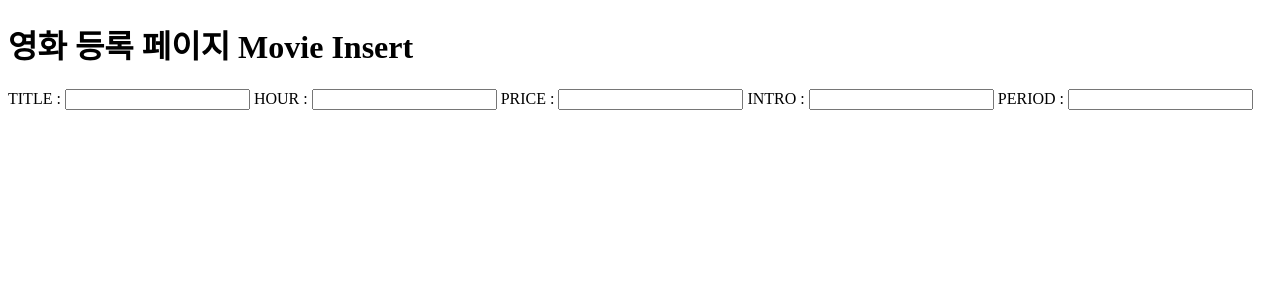
Repository: smallomg/bg-spring
Page: http://localhost/test3/WEB-INF/views/movieinsertForm.jsp
These files come from the project's save history. The page is drawn as it stood at one moment and after the next save; the edit follows.
The browser window is 1280 px wide. The pictures show the whole page.
The page is served by Tomcat 10. Nobody is signed in. Other server files are loaded and not shown. The template is opened directly, without the code that normally fills it, so the values that code supplies are empty.

Above is the page before, as saved 2025-05-13 05:41:35.

### ldy_spring/test3/src/main/webapp/WEB-INF/views/movieinsertForm.jsp
<%@ page language="java" contentType="text/html; charset=UTF-8"
    pageEncoding="UTF-8"%>
<!DOCTYPE html>
<html>
<head>
<meta charset="UTF-8">
<title>Insert title here</title>
</head>
<body>
	<h1>영화 등록 페이지 Movie Insert</h1>

	<form action="/movieInsert">
	TITLE : <input type="text" name= "title">
	HOUR : <input type="text" name= "hour">
	PRICE : <input type="text" name= "price">
	INTRO : <input type="text" name= "intro">
	PERIOD : <input type="text" name= "period">
	</form>
</body>
</html>

After the next save:
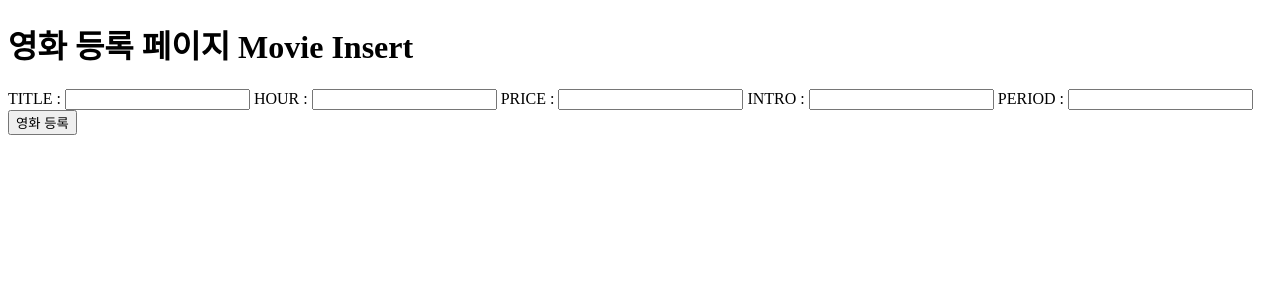
Saved 30 s later.
--- a/ldy_spring/test3/src/main/webapp/WEB-INF/views/movieinsertForm.jsp
+++ b/ldy_spring/test3/src/main/webapp/WEB-INF/views/movieinsertForm.jsp
@@ -10,11 +10,12 @@
 	<h1>영화 등록 페이지 Movie Insert</h1>
 
 	<form action="/movieInsert">
-	TITLE : <input type="text" name= "title">
-	HOUR : <input type="text" name= "hour">
-	PRICE : <input type="text" name= "price">
-	INTRO : <input type="text" name= "intro">
-	PERIOD : <input type="text" name= "period">
+		TITLE : <input type="text" name= "title">
+		HOUR : <input type="text" name= "hour">
+		PRICE : <input type="text" name= "price">
+		INTRO : <input type="text" name= "intro">
+		PERIOD : <input type="text" name= "period">
+		<input type="submit" value="영화 등록">
 	</form>
 </body>
 </html>
